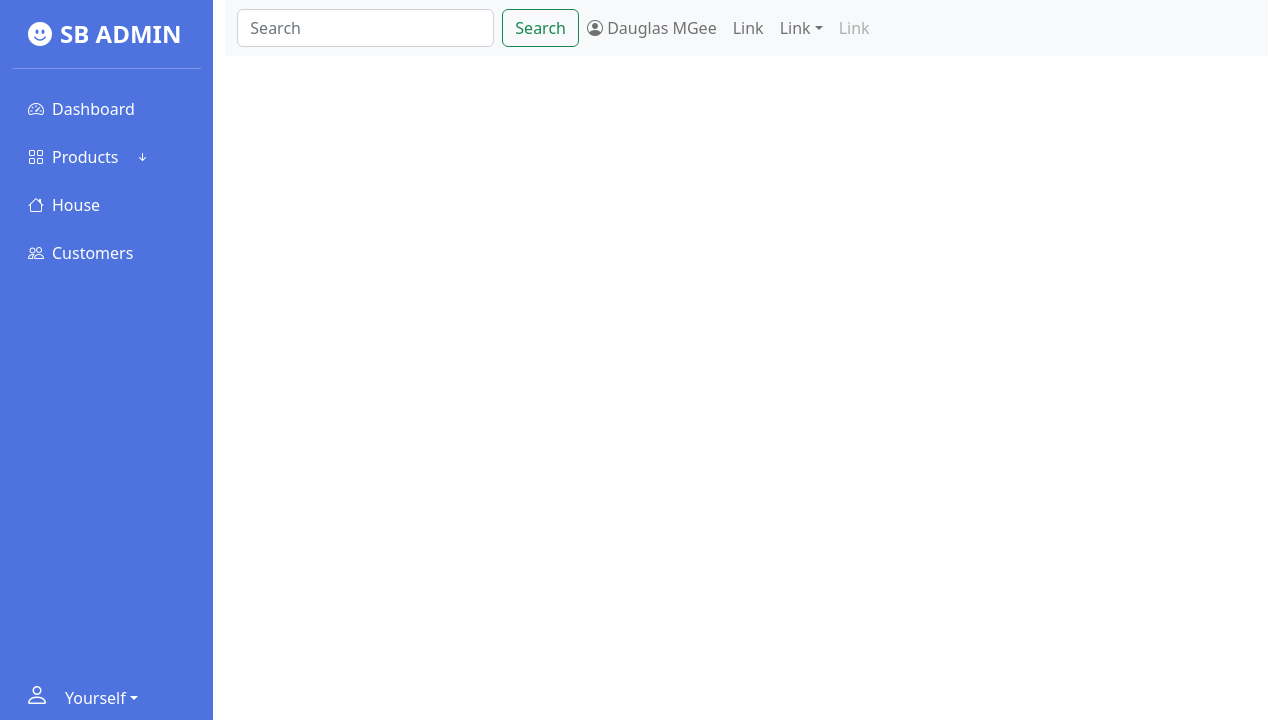
Repository: iqbalaamir/dashboard
Page: /
An editor plug-in stored every save of this project. The page is shown before and after the next save, followed by the edit.
The browser window is 1280 px wide. The pictures show the whole page.
The project was rebuilt for these pictures with package versions that can differ from the ones it lists, and the page was loaded fresh each time. Also part of the build but not shown: src/App.css.

Above is the page before, as saved 2023-04-24 17:45:36.

After the next save:
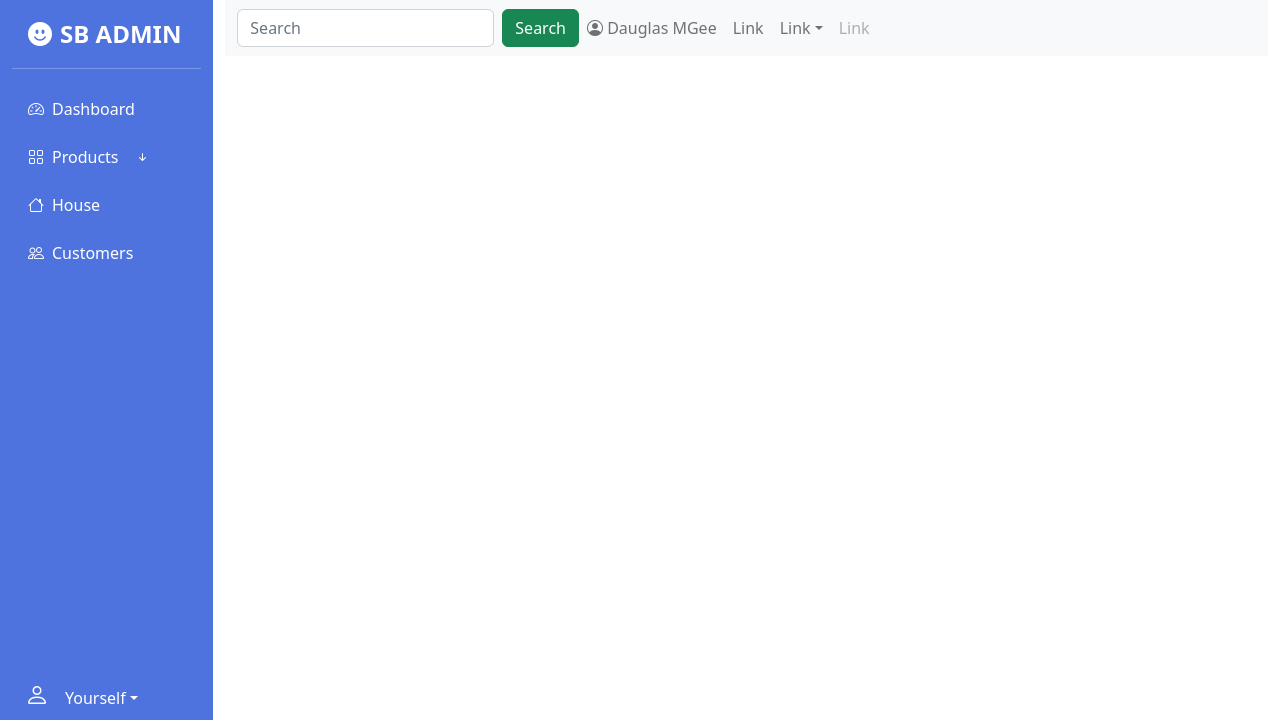
Saved 57 s later.
--- a/src/components/NavbarComponent.js
+++ b/src/components/NavbarComponent.js
@@ -18,7 +18,7 @@ function NavbarComponent() {
               className="me-2"
               aria-label="Search"
             />
-            <Button variant="outline-success">Search</Button>
+            <Button variant="success">Search</Button>
           </Form>
           <Nav
             className="me-auto my-2 my-lg-0"
